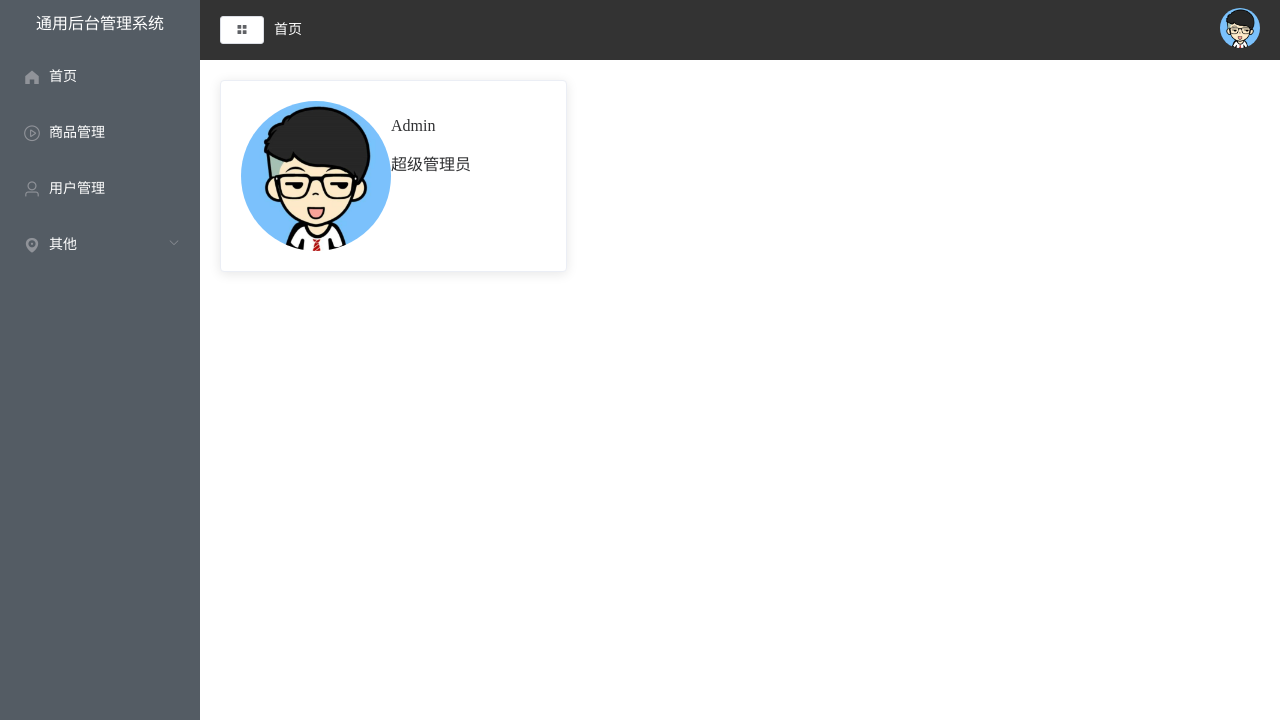
Repository: Francis200214/my-app
Page: /
An editor plug-in stored every save of this project. The page is shown before and after the next save, followed by the edit.
The browser window is 1280 px wide. The pictures show the whole page.
The project was rebuilt for these pictures with package versions that can differ from the ones it lists, and the page was loaded fresh each time. Also part of the build but not shown: vue.config.js, src/views/User.vue, src/views/Mall.vue, src/views/other/PageOne.vue, src/views/other/PageTwo.vue.

Above is the page before, as saved 2023-05-21 15:34:17.

After the next save:
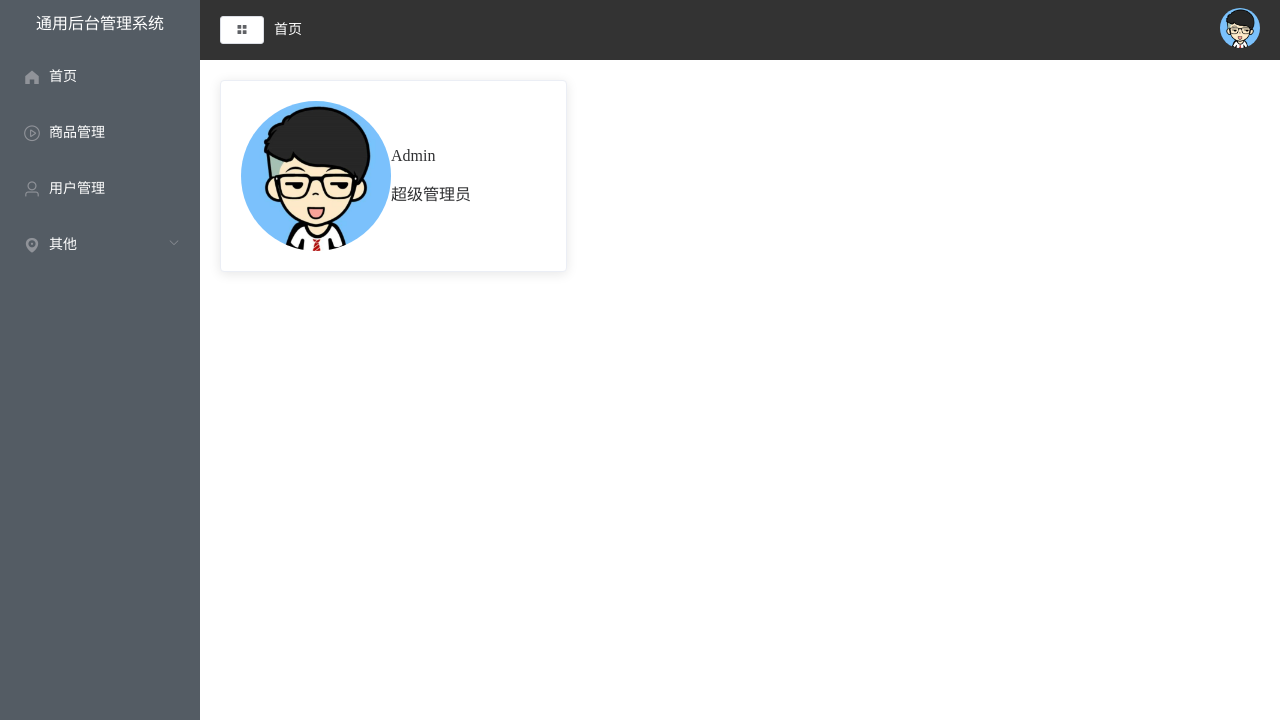
Saved 10 s later.
--- a/src/views/Home.vue
+++ b/src/views/Home.vue
@@ -20,7 +20,7 @@
 <style lang="less" scoped>
 .user {
     display: flex;
-    align-content: center;
+    align-items: center;
 
     img {
         width: 150px;
